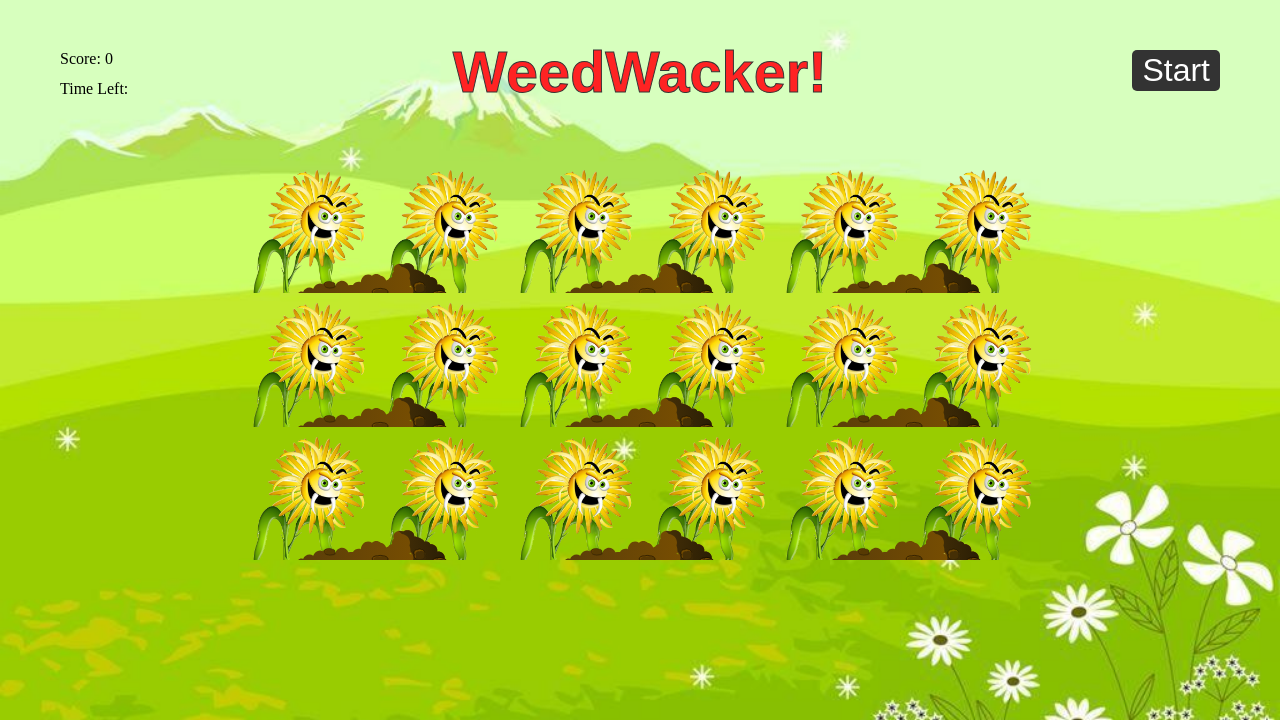
Repository: AustinW24/weedwacker
Page: index.html
These files come from the project's save history. The page is drawn as it stood at one moment and after the next save; the edit follows.
The browser window is 1280 px wide. The pictures show the whole page.
Some web fonts or font styles are not loaded; a fallback is used.

Above is the page before, as saved 2022-02-11 09:59:46.

### index.html
<!DOCTYPE html>
<html lang="en">
<head>
    <meta charset="UTF-8">
    <meta name="viewport" content="width=device-width, initial-scale=1.0">
    <meta http-equiv="X-UA-Compatible" content="ie=edge">
    <title>WeedWacker</title>
    <link href="http://fonts.cdnfonts.com/css/common-pixel" rel="stylesheet">
    <link rel="stylesheet" href="style.css">
</head>

<body>
    <div class="container">
        <div class="score">Score: 0</div>
        <div class="timer">Time Left: </div>
        <div class="heading">
            <h1 class="title">WeedWacker!</h1>
        </div>
        <div class="start">
            <button onClick="startGame()">Start</button>
        </div>
        <div class="game">
            <div class="hole hole1">
                <div class="plant"></div>
            </div>
            <div class="hole hole2">
                <div class="plant"></div>
            </div>
            <div class="hole hole3">
                <div class="plant"></div>
            </div>
            <div class="hole hole4">
                <div class="plant"></div>
            </div>
            <div class="hole hole5">
                <div class="plant"></div>
            </div>
            <div class="hole hole6">
                <div class="plant"></div>
            </div>
            <div class="hole hole7">
                <div class="plant"></div>
            </div>
            <div class="hole hole8">
                <div class="plant"></div>
            </div>
            <div class="hole hole9">
                <div class="plant"></div>
            </div>
        </div>
    </div>
            <script src="main.js"></script>
</body>
</html>

### style.css
html{
    box-sizing: border-box;
    margin: 0 auto;
}

*, *:before, *:after {
    box-sizing: inherit;
}

body {
    margin: 0;
    padding: 0;

}

.container {
    height: 100vh;
    width: 100vw;
    background: url("/assets/wwbackground.jpg") no-repeat center;
    background-size: 100%;
    display: flex;
    align-items: center;
    justify-content: center;
    position: relative;
    overflow: hidden;
}

.game {
    display: flex;
    flex-wrap: wrap;
    width: 800px;
    height: 400px;
    margin: 0 auto;
}

.hole {
    flex: 1 0 33.33%;
    overflow: hidden;
    position: relative;
    margin-top: 10px;

}
.hole::after {
    display: block;
    background: url("/assets/dirt.svg") bottom center no-repeat;
    background-size: contain;
    content: '';
    position: absolute;
    width: 100%;
    height: 60px;
    z-index: 2;
    bottom: -30px;

}

.plant {
    background: url("/assets/evilweeds.png");
    background-size: 50%;
    top: 100%;
    width: 100%;
    height: 100%;

}


button {
    font-size: 2rem;
    cursor: pointer;
    border: none;
    background: #333;
    color: #fff;
    border-radius: 5px;
    padding: 2px 10px 2px 10px;
    transition: all 0.5s ease;
}

.heading {
    display: flex;
    position: absolute;
    top: 0;
    margin-top: 0%;
    font-family: 'Common Pixel', sans-serif;
    color: rgb(255, 35, 35);
    font-size: 2vw;
    font-size: 4vh;
    -webkit-text-stroke-width: 1px;
    -webkit-text-stroke-color: rgb(53, 53, 53);
}

.score {
    left: 0;
    position: absolute;
    top: 0;
    margin-top: 50px;
    margin-left: 60px;
}

.start {
    right: 0;
    position: absolute;
    top: 0;
    margin-top: 50px;
    margin-right: 60px;
}

.timer {
    left: 0;
    position: absolute;
    top: 0;
    margin-top: 80px;
    margin-left: 60px;
}

### main.js
const holes = document.querySelectorAll('.hole');
const scoreBoard = document.querySelector('.score');
const plants = document.querySelectorAll('.plant');
const start = document.querySelector('.start');
const timer = document.querySelector('.timer');
let lastHole;
let timeUp = false;
let score = 0;
let currentTime = 10;

Loaded but not shown: assets/dirt.svg (40 lines, source omitted)

After the next save:
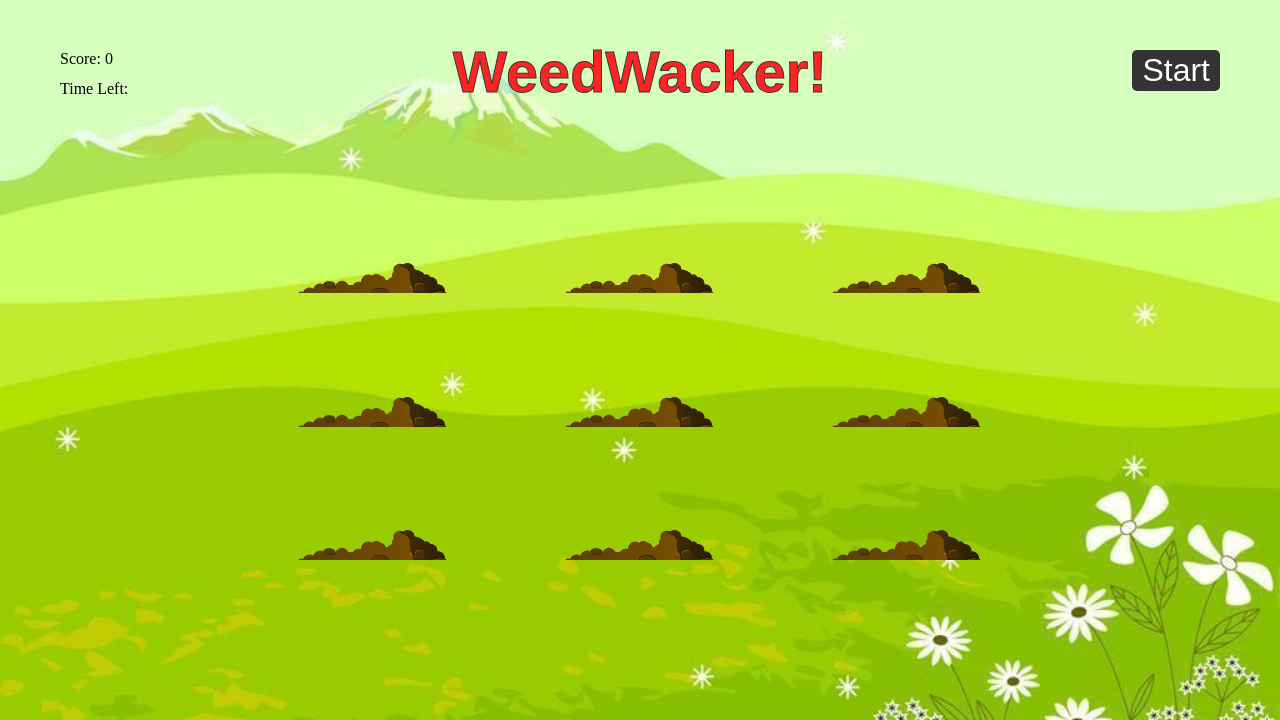
Saved 9 s later.
--- a/style.css
+++ b/style.css
@@ -53,16 +53,6 @@ body {
 
 }
 
-.plant {
-    background: url("/assets/evilweeds.png");
-    background-size: 50%;
-    top: 100%;
-    width: 100%;
-    height: 100%;
-
-}
-
-
 button {
     font-size: 2rem;
     cursor: pointer;
